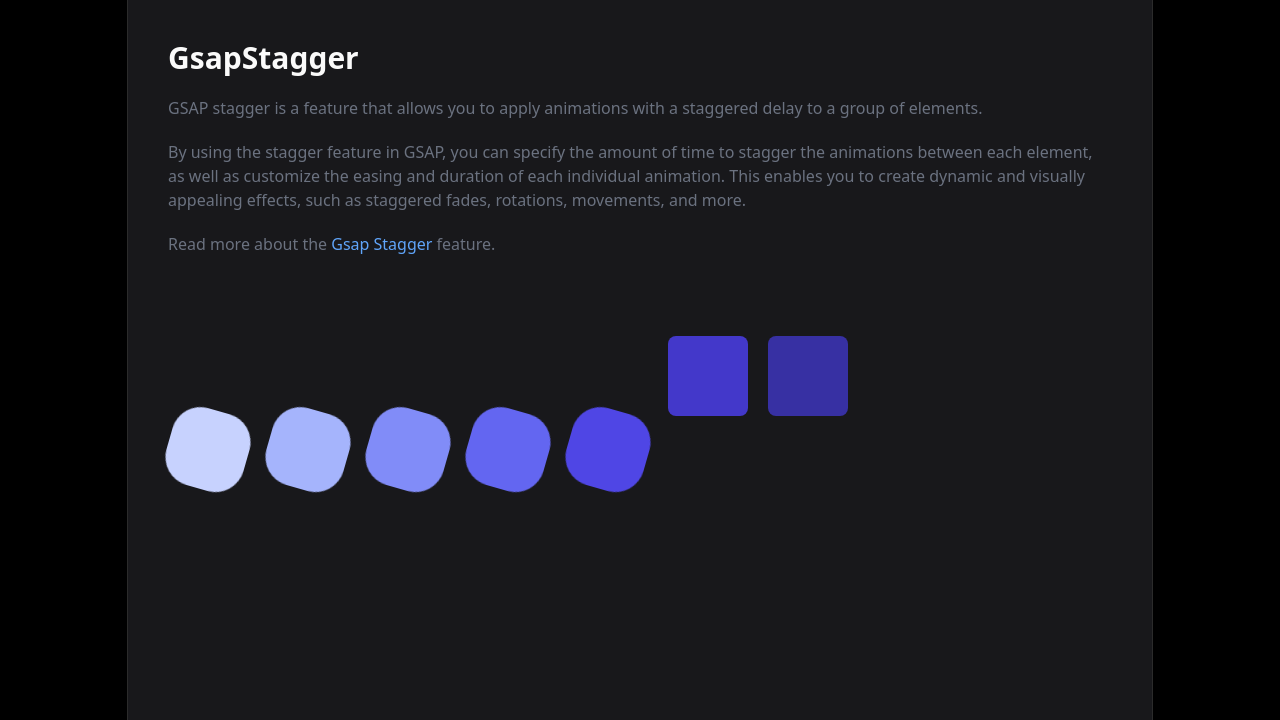
Repository: mgoyeghiaian/gsap-Starter
Page: /gsapstagger
The author's editor kept a copy of each file at every save. The page is drawn from the files as they stood at one save, then again after a run of saves.
The browser window is 1280 px wide. The pictures show the whole page.
The project was rebuilt for these pictures with package versions that can differ from the ones it lists, and the page was loaded fresh each time. Also part of the build but not shown: vite.config.js, src/pages/Home.jsx, src/pages/GsapTo.jsx, src/pages/GsapFrom.jsx, src/pages/GsapFromTo.jsx, src/pages/GsapTimeline.jsx, src/pages/GsapScrollTrigger.jsx, src/pages/GsapText.jsx.

Above is the page before, as saved 2024-03-17 23:55:36.

### src/pages/GsapStagger.jsx
import { useGSAP } from "@gsap/react";
import gsap from "gsap";

const GsapStagger = () => {
  // TODO: Implement the gsap.stagger() method
  useGSAP(() => {
    gsap.to('.stagger-box', {
      y: 250,
      rotation: 360,
      borderRadius: '100%',
      repeat: -1,
      yoyo: true,
      // stagger: 0.5,
      stagger: {
        amount: 0.4,
        grid: [1,5],
        axis: 'y',
        ease: "circ.inOut",
        from: "center",
      }
    });
  }, [])
  return (
    <main>
      <h1>GsapStagger</h1>

      <p className="mt-5 text-gray-500">
        GSAP stagger is a feature that allows you to apply animations with a
        staggered delay to a group of elements.
      </p>

      <p className="mt-5 text-gray-500">
        By using the stagger feature in GSAP, you can specify the amount of time
        to stagger the animations between each element, as well as customize the
        easing and duration of each individual animation. This enables you to
        create dynamic and visually appealing effects, such as staggered fades,
        rotations, movements, and more.
      </p>

      <p className="mt-5 text-gray-500">
        Read more about the{" "}
        <a
          href="https://gsap.com/resources/getting-started/Staggers"
          target="_blank"
          rel="noreferrer noopener nofollow"
        >
          Gsap Stagger
        </a>{" "}
        feature.
      </p>

      <div className="mt-20">
        <div className="flex gap-5">
          <div className="w-20 h-20 bg-indigo-200 rounded-lg stagger-box" />
          <div className="w-20 h-20 bg-indigo-300 rounded-lg stagger-box" />
          <div className="w-20 h-20 bg-indigo-400 rounded-lg stagger-box" />
          <div className="w-20 h-20 bg-indigo-500 rounded-lg stagger-box" />
          <div className="w-20 h-20 bg-indigo-600 rounded-lg stagger-box" />
          <div className="w-20 h-20 bg-indigo-700 rounded-lg stagger-box" />
          <div className="w-20 h-20 bg-indigo-800 rounded-lg stagger-box" />
        </div>
      </div>
    </main>
  );
};

export default GsapStagger;

Loaded but not shown: index.html (common file); src/main.jsx (common file); src/App.jsx (common file); src/index.css (common file); src/pages/index.jsx (common file); tailwind.config.js (common file)

After the next 2 saves:
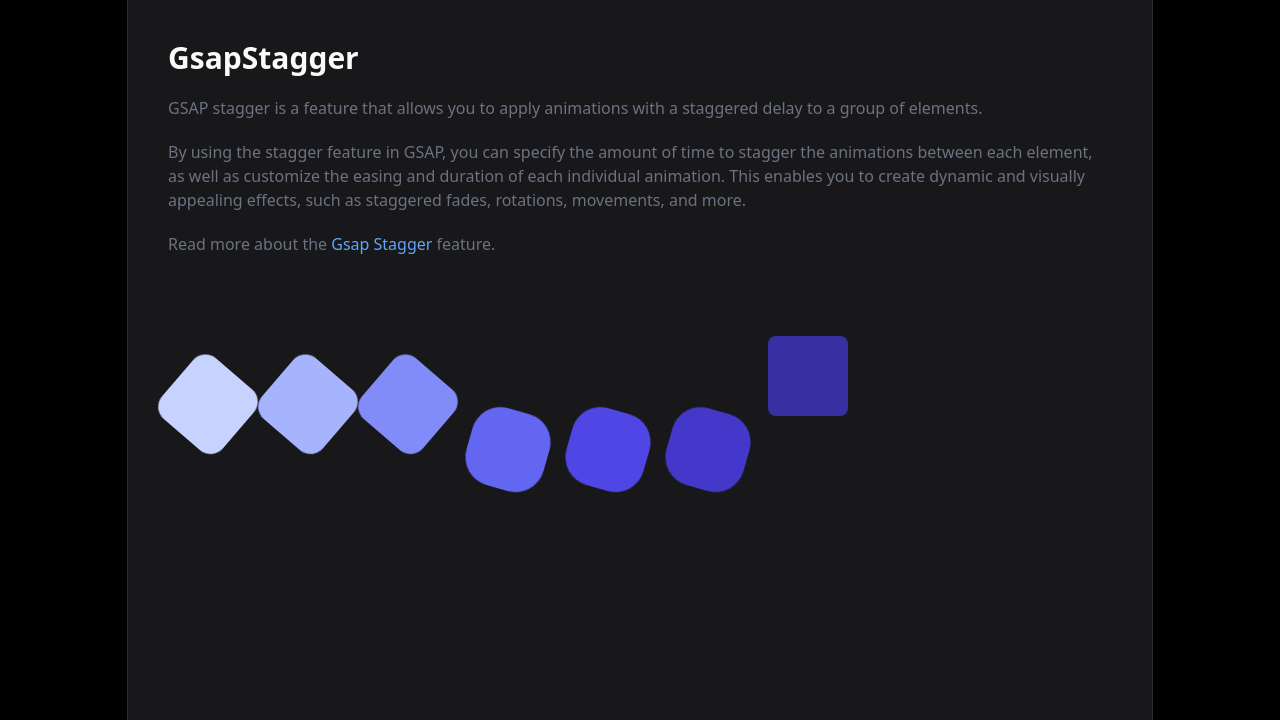
The 2 saves are shown as one change because they came seconds apart.
The last was saved 9 s later.
--- a/src/pages/GsapStagger.jsx
+++ b/src/pages/GsapStagger.jsx
@@ -13,7 +13,7 @@
       // stagger: 0.5,
       stagger: {
         amount: 0.4,
-        grid: [1,5],
+        grid: [1,3,1],
         axis: 'y',
         ease: "circ.inOut",
         from: "center",
